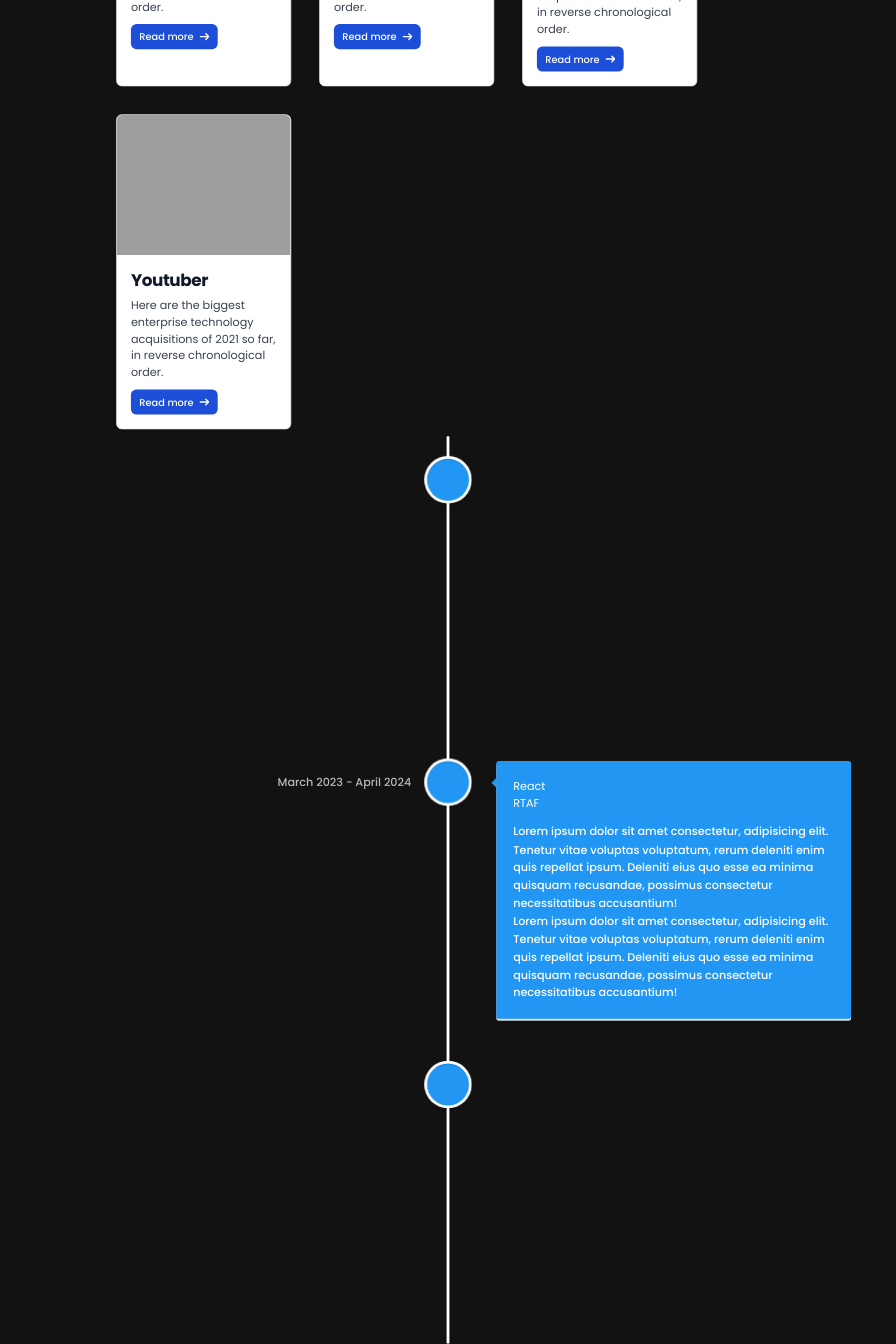
Repository: supakorn5039-boon/React-f
Page: /
These files come from the project's save history. The page is drawn as it stood at one moment and after a run of saves; the edit follows.
The browser window is 1280 px wide. The pictures show the part of the page from y = 1445 to 3365 px (the page is 3365 px tall before and 3269 px after), at 70% of full size.
Pictures or frames that could not be fetched are drawn as grey boxes. The project was rebuilt for these pictures with package versions that can differ from the ones it lists, and the page was loaded fresh each time. Also part of the build but not shown: vite.config.js.

Above is the page before, as saved 2024-01-09 22:39:35.

After the next 2 saves:
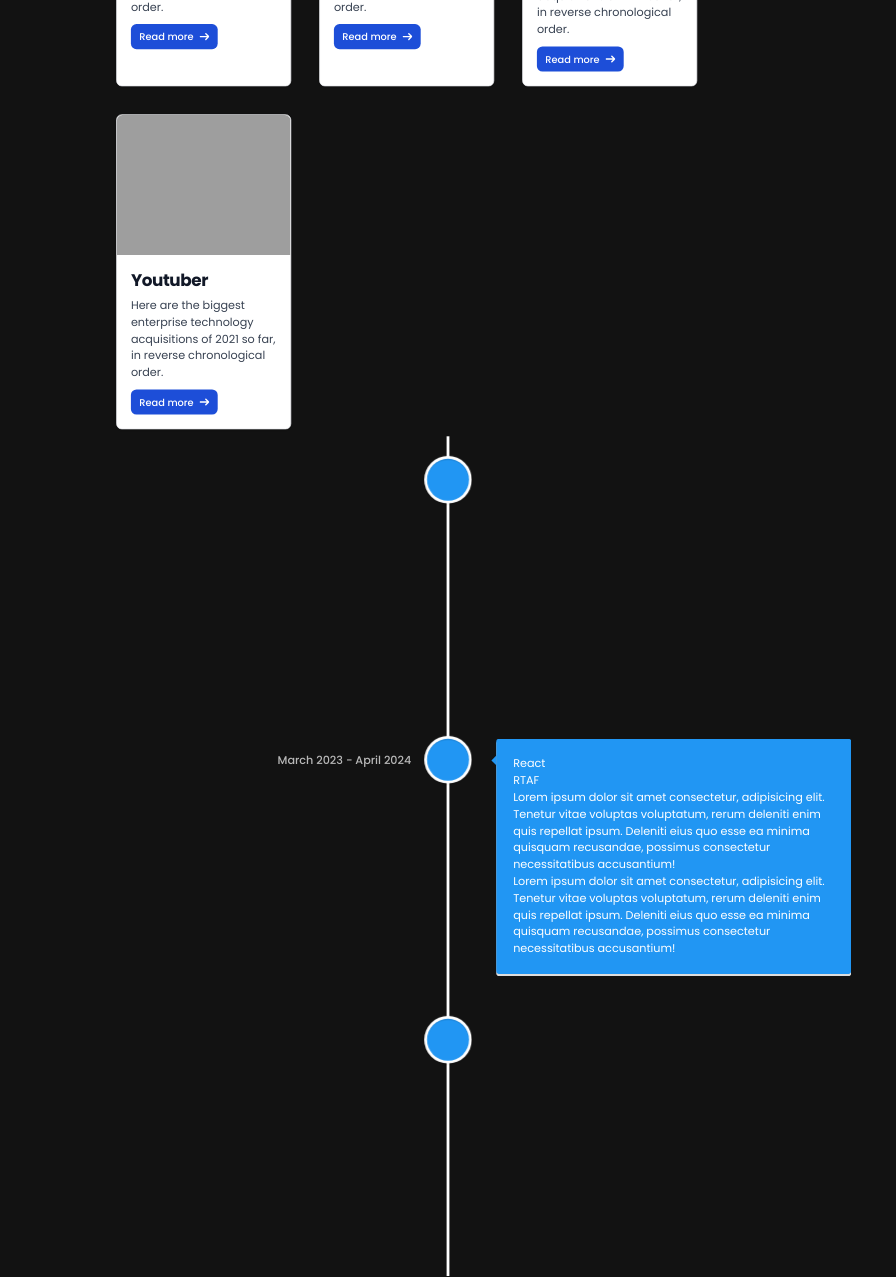
The 2 saves are shown as one change because they came seconds apart.
The last was saved 70 s later.
--- a/src/components/Experience.jsx
+++ b/src/components/Experience.jsx
@@ -20,13 +20,11 @@ const ExCard = ({ item }) => {
       <h4 className="vertical-timeline-element-subtitle">
         {item.company_name}
       </h4>
-      <p>
-        <ul>
-          {item.points.map((p, index) => (
-            <li key={index}>{p}</li>
-          ))}
-        </ul>
-      </p>
+      <ul>
+        {item.points.map((p, index) => (
+          <li key={index}>{p}</li>
+        ))}
+      </ul>
     </VerticalTimelineElement>
   );
 };
